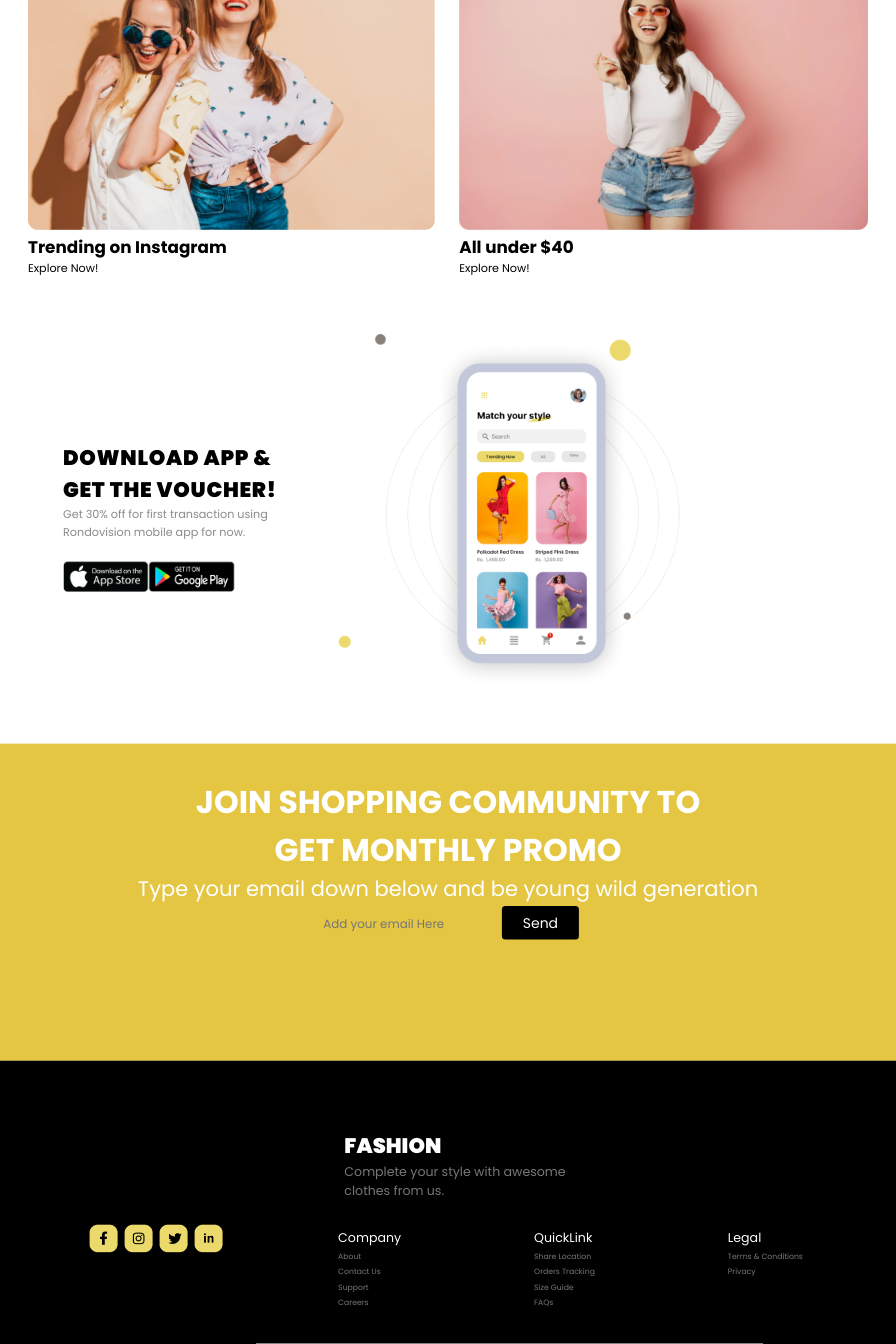
Repository: isaacCodes1/FashionWebsite
Page: index.html
These files come from the project's save history. The page is drawn as it stood at one moment and after a run of saves; the edit follows.
The browser window is 1280 px wide. The pictures show the part of the page from y = 2505 to 4425 px (the page is 4425 px tall), at 70% of full size.

Above is the page before, as saved 2024-03-14 10:39:54.

After the next 7 saves:
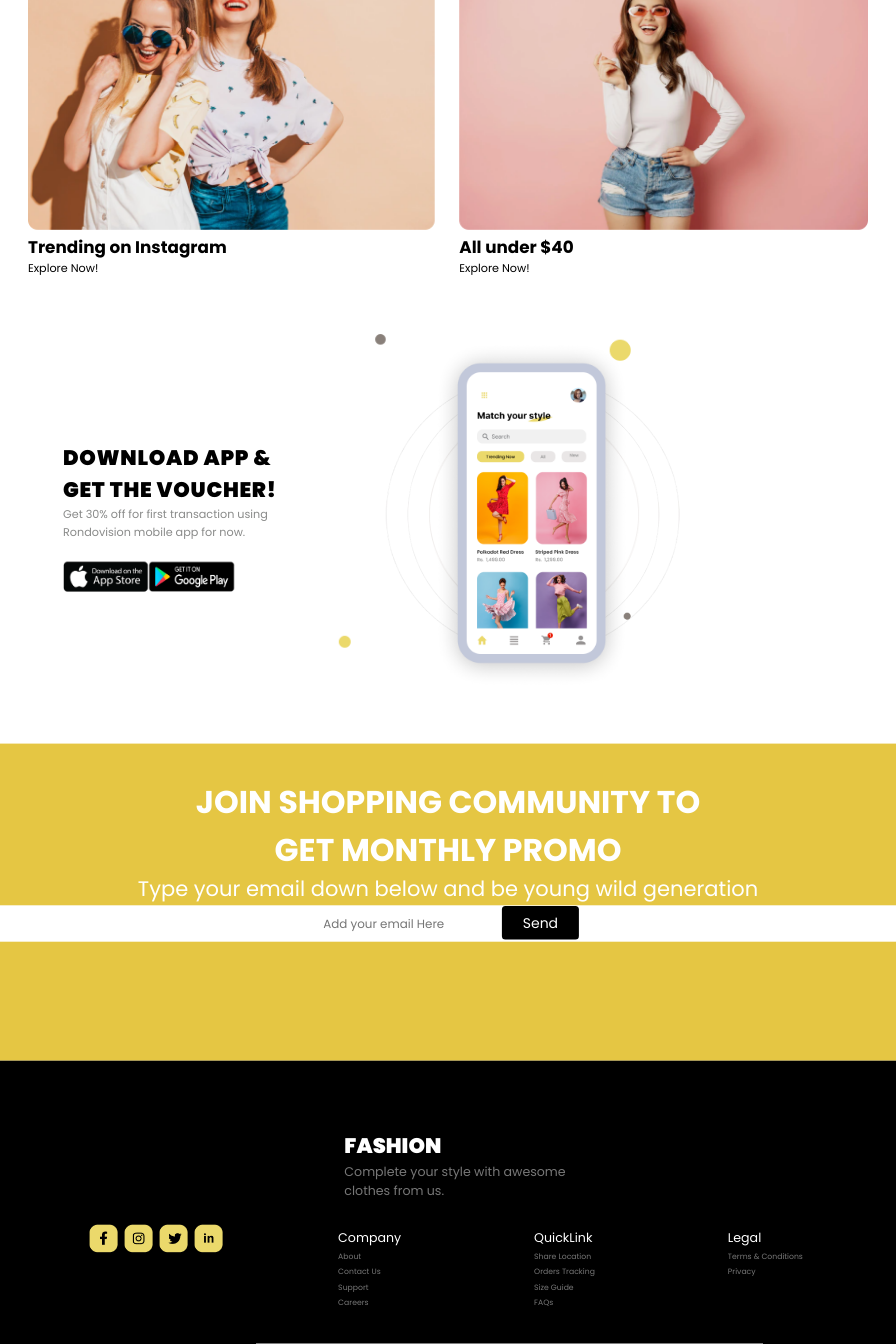
The 7 saves are shown as one change because they came seconds apart.
The last was saved 53 s later.
--- a/style.css
+++ b/style.css
@@ -480,6 +480,9 @@
   background: #000;
   color: #fff;
 } */
+.input {
+  background: #fff;
+}
 .input input {
   background: none;
   border: 0;
